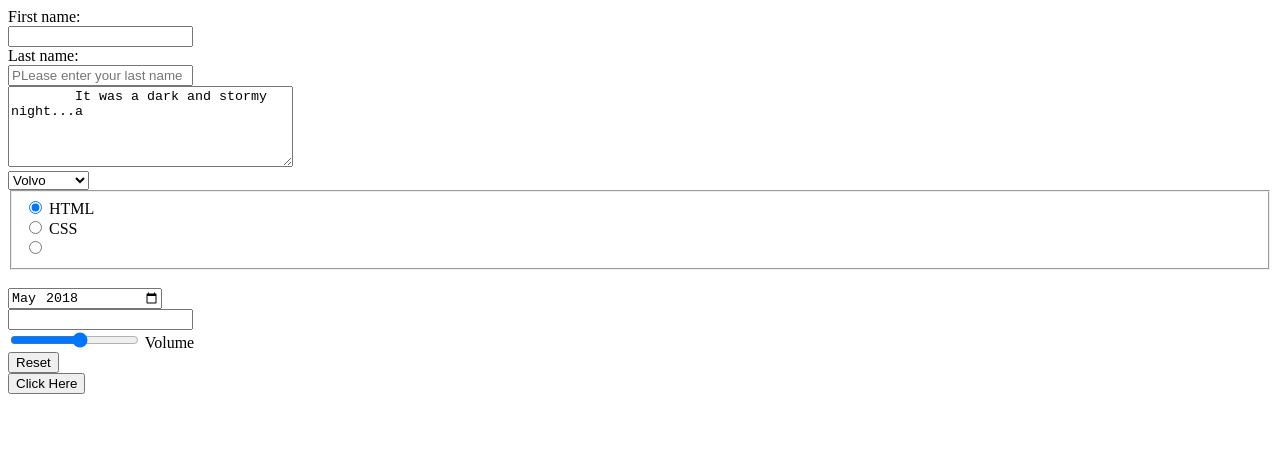
Repository: KANNAHWORLD/201Work
Page: lab9/Lab11/src/main/webapp/lab11.html
An editor plug-in stored every save of this project. The page is shown before and after the next save, followed by the edit.
The browser window is 1280 px wide. The pictures show the whole page.

Above is the page before, as saved 2022-11-16 21:06:38.

### lab9/Lab11/src/main/webapp/lab11.html
<!DOCTYPE html>
<html>
<head>
<meta charset="UTF-8">
<title>Sid's Clusterfuck</title>
</head>
<body>

<form action = "submit" method = "GET">

  <label for="fname">First name:</label><br>

  <input required type="text" id="fname" name="fname"><br>

  <label for="lname">Last name:</label><br>
  <input placeholder = "PLease enter your last name" type="text" id="lname" name="lname"><br>


  <textarea id="story" name="story"
          rows="5" cols="33">
	It was a dark and stormy night...a
	</textarea>
	<br>
	<select name="cars" id="cars">
	  <option value="volvo">Volvo</option>
	  <option value="saab">Saab</option>
	  <option value="mercedes">Mercedes</option>
	  <option value="audi">Audi</option>
	</select>
	<br>


	<fieldset>
	<input checked type="radio" id="html" name="fav_language" value="HTML">
		<label for="html">HTML</label><br>
		<input type="radio" id="css" name="fav_language" value="CSS">
		<label for="css">CSS</label><br>
	<input type="radio" id="javascript" name="fav_language" value="JavaScript">
	</fieldset>

  <br>
  		<input type="month" id="start" name="start"
       min="2018-03" value="2018-05">
  <br>


  <input type="email" id="email" name="email">

  <br>

  <input type="range" id="volume" name="volume"
         min="0" max="11">
  <label for="volume">Volume</label>

  <br>
  <input type="reset" value="Reset">
  <br>

  	<input type = "submit" value = "Click Here" >

</form>

</body>
</html>

After the next save:
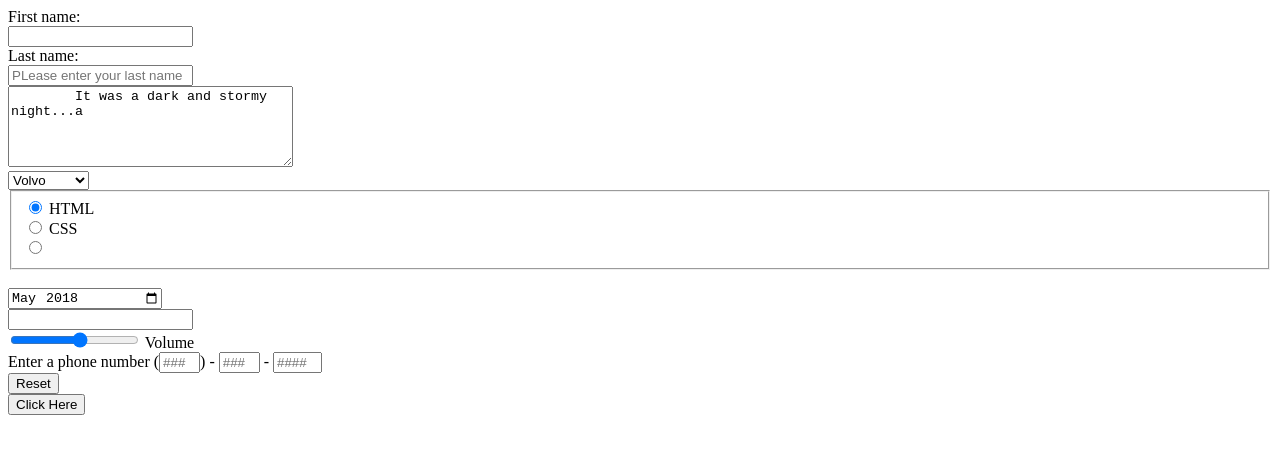
Saved 4 min 58 s later.
--- a/lab9/Lab11/src/main/webapp/lab11.html
+++ b/lab9/Lab11/src/main/webapp/lab11.html
@@ -41,6 +41,7 @@
   <br>
   		<input type="month" id="start" name="start"
        min="2018-03" value="2018-05">
+
   <br>
 
 
@@ -53,11 +54,41 @@
   <label for="volume">Volume</label>
 
   <br>
+
+  <label>Enter a phone number
+  	(<input
+      name="tel1"
+      type="tel"
+      pattern="[0-9]{3}"
+      placeholder="###"
+      aria-label="3-digit area code"
+      size="2" />)
+       -
+    <input
+      name="tel2"
+      type="tel"
+      pattern="[0-9]{3}"
+      placeholder="###"
+      aria-label="3-digit prefix"
+      size="2" />
+    -
+    <input
+      name="tel3"
+      type="tel"
+      pattern="[0-9]{4}"
+      placeholder="####"
+      aria-label="4-digit number"
+      size="3" />
+  </label>
+
+
+  <br>
   <input type="reset" value="Reset">
   <br>
 
   	<input type = "submit" value = "Click Here" >
 
+
 </form>
 
 </body>
